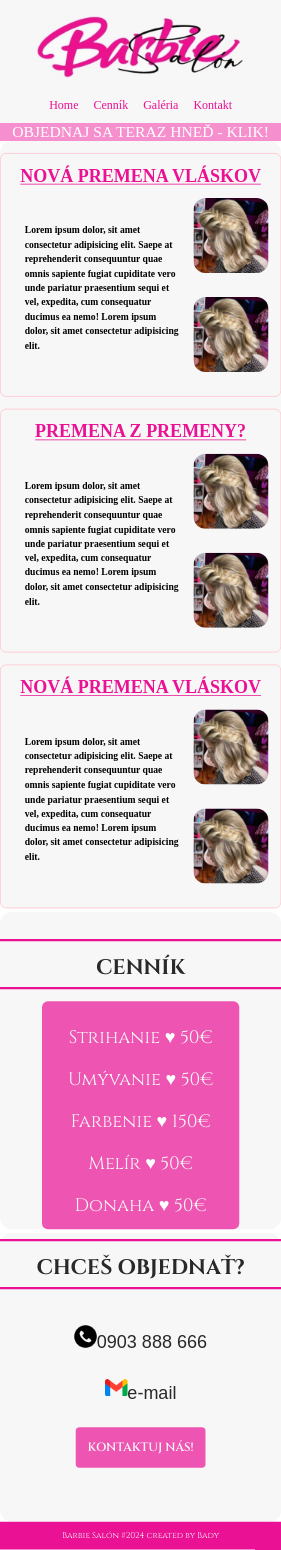
Repository: Badynko/Barbie-salon
Page: index.html
An editor plug-in stored every save of this project. The page is shown before and after the next save, followed by the edit.
The browser window is 375 px wide. The pictures show the whole page, at 75% of full size.
Some web fonts or font styles are not loaded; a fallback is used.

Above is the page before, as saved 2024-08-08 18:03:53.

After the next save:
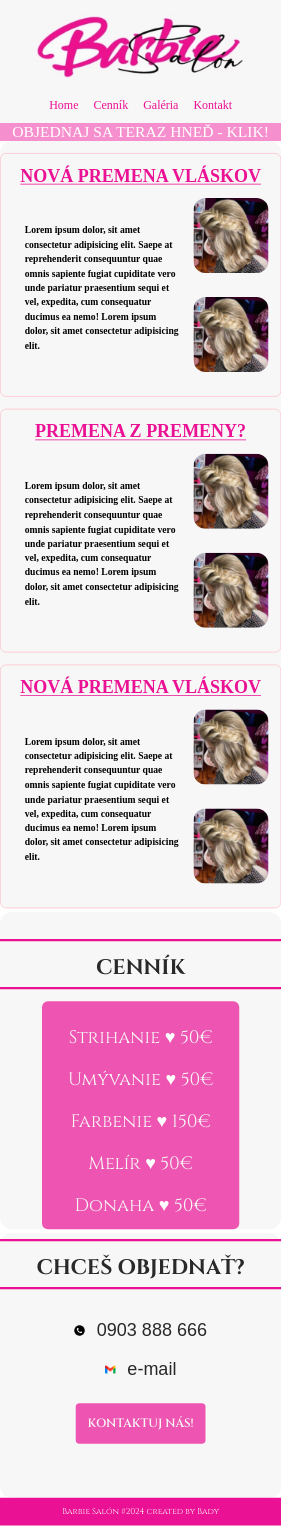
Saved 3 min 50 s later.
--- a/css/style.css
+++ b/css/style.css
@@ -408,4 +408,8 @@
   .heart {
     color: #fff;
   }
-}
+
+  .img-gmail {
+    padding-right: 1rem;
+  }
+}

After the save that followed:
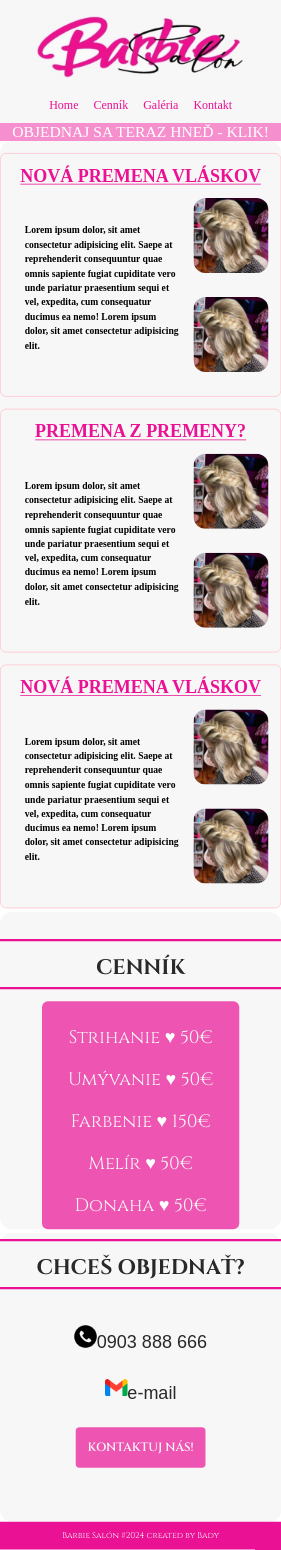
Saved 69 s later.
--- a/css/style.css
+++ b/css/style.css
@@ -408,8 +408,4 @@
   .heart {
     color: #fff;
   }
-
-  .img-gmail {
-    padding-right: 1rem;
-  }
-}
+}
